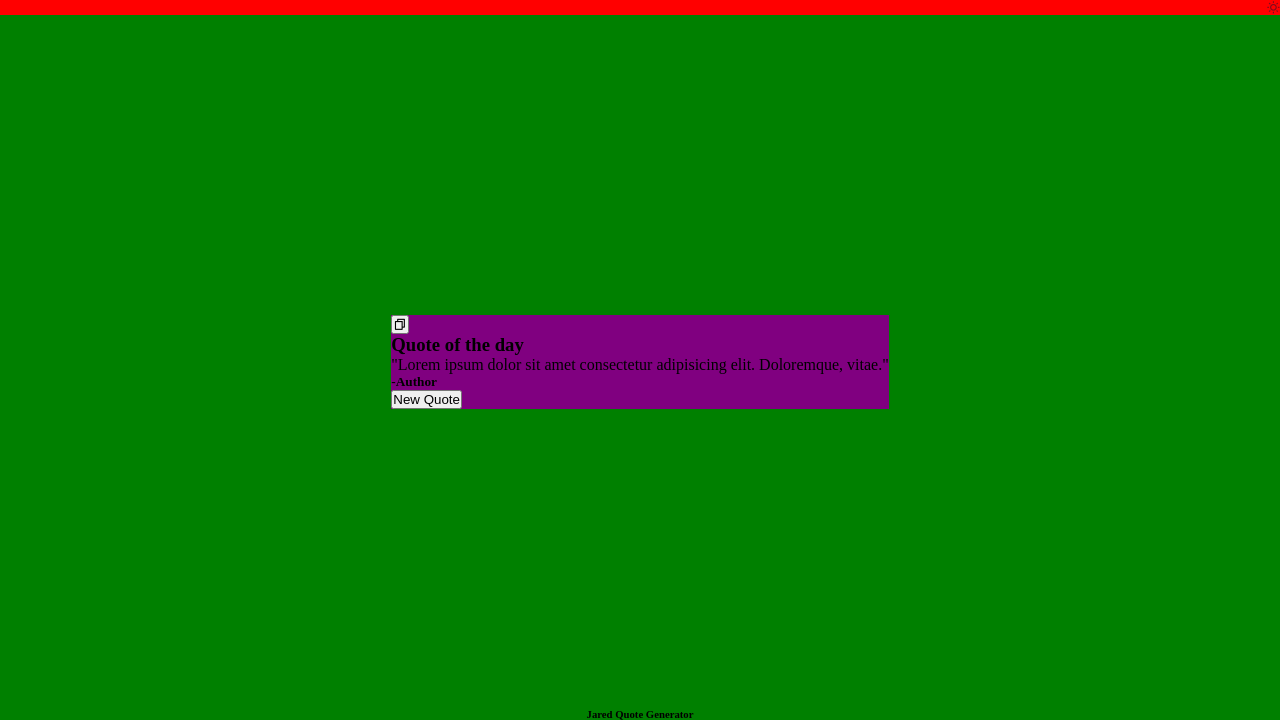
Repository: EguJaredoBoyd/Jared-Quote-Generator
Page: html/main.html
The author's editor kept a copy of each file at every save. The page is drawn from the files as they stood at one save, then again after the next save.
The browser window is 1280 px wide. The pictures show the whole page.
Some web libraries are served in a nearby version.

Above is the page before, as saved 2026-01-09 00:38:31.

### html/main.html
<!DOCTYPE html>
<html lang="en">
  <head>
    <meta charset="UTF-8" />
    <meta name="viewport" content="width=device-width, initial-scale=1.0" />
    <link rel="stylesheet" href="../css/style.css" />
    <script src="../js/main.js" defer></script>
    <link
      href="https://cdn.jsdelivr.net/npm/remixicon@4.8.0/fonts/remixicon.css"
      rel="stylesheet"
    />
    <title>Document</title>
  </head>
  <body>
    <div class="container">
      <header>
        <button><i class="ri-sun-line"></i></button>
      </header>
      <main>
        <div class="quote-container">
          <div class="quote-container__copy">
            <button><i class="ri-file-copy-line"></i></button>
          </div>
          <h3>Quote of the day</h3>
          <p>
            "Lorem ipsum dolor sit amet consectetur adipisicing elit.
            Doloremque, vitae."
          </p>
          <div>
            <h5>-Author</h5>
          </div>
          <div>
            <button>New Quote</button>
          </div>
        </div>
      </main>
      <footer>
        <div>
          <h6>Jared Quote Generator</h6>
        </div>
      </footer>
    </div>
  </body>
</html>

### css/style.css
* {
  margin: 0;
  padding: 0;
  box-sizing: border-box;
}

:root {
  --background-color: #7b0d1e;
  --card-color: #f8e5ee;
  --text-color: black;
  --button-color: var(--background-color);
}

.lighter-theme {
  --background-color: var(--card-color);
  --card-color: var(--background-color);
  --text-color: var(--text-color);
  --button-color: var(--button-color);
}

.container {
  background-color: green;
  height: 100vh;
  display: flex;
  flex-direction: column;
  justify-content: space-between;
  align-items: center;
}

header {
  display: flex;
  justify-content: flex-end;
  background-color: red;
  width: 100%;
}

header button {
  border: none;
  background: none;
  color: var(--button-color);
}

.quote-container {
  background-color: purple;
}

Loaded but not shown: js/main.js (no copy from this time; the picture is the same without it)

After the next save:
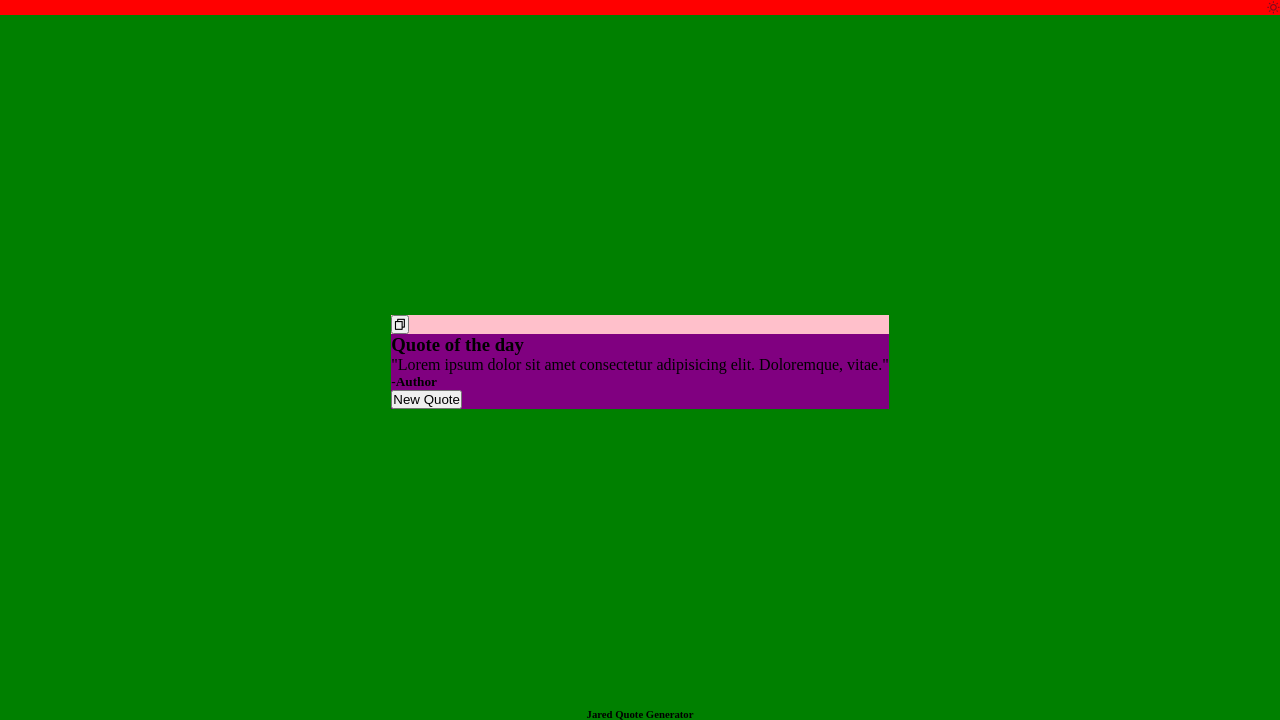
Saved 30 s later.
--- a/css/style.css
+++ b/css/style.css
@@ -43,3 +43,7 @@ header button {
 .quote-container {
   background-color: purple;
 }
+
+.quote-container__copy {
+  background-color: pink;
+}
